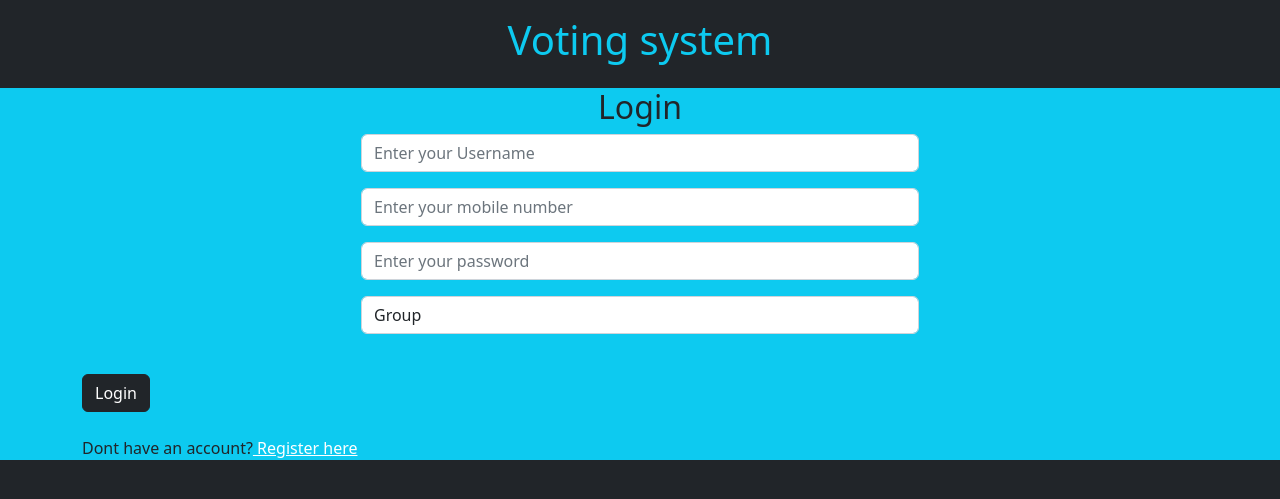
Repository: AvinashLikesToLearnNewStuff/VotingSite
Page: http://localhost/
These files come from the project's save history. The page is drawn as it stood at one moment and after the next save; the edit follows.
The browser window is 1280 px wide. The pictures show the whole page.
The page is run by PHP 8.4 with error messages shown; the project is at /var/www/html/.

Above is the page before, as saved 2023-03-09 10:09:00.

### index.php
<!DOCTYPE html>
<html lang="en">
<head>
    <meta charset="UTF-8">
    <meta http-equiv="X-UA-Compatible" content="IE=edge">
    <meta name="viewport" content="width=device-width, initial-scale=1.0">
    <title>PHP voting system</title>
    <!-- bootstrap css link -->
     <link href="https://cdn.jsdelivr.net/npm/bootstrap@5.2.3/dist/css/bootstrap.min.css" rel="stylesheet" integrity="sha384-rbsA2VBKQhggwzxH7pPCaAqO46MgnOM80zW1RWuH61DGLwZJEdK2Kadq2F9CUG65" crossorigin="anonymous">
</head>
<body class="bg-dark">
    <h1 class=  "text-info text-center p-3">Voting system</h1>
    <div class="bg-info">
        <h2 class="text-center">Login</h2>
        <div class="container">
            <form action="">
                <div class="mb-3">
                    <input type="text" name="username" class="form-control w-50 m-auto" placeholder="Enter your Username" required= "required">
                </div>

                <div class="mb-3">
                    <input type="text" name="mobile" class="form-control w-50 m-auto" placeholder="Enter your mobile number" required= "required" maxLength="10" minLength="10">
                </div>

                <div class="mb-3">
                    <input type="password" name="password" class="form-control w-50 m-auto" placeholder="Enter your password" required= "required">
                </div>
                <div class="mb-3">
                    <select name="std" class="form-control w-50 m-auto" >
                        <option value="group">Group</option>
                        <option value="voter">Voter</option>
                    </select>
                </div>
            <button type="submit" class="btn btn-dark my-4">Login</button>
            <p>Dont have an account?<a href="#" class="text-white">   Register here</a></p>
            </form>
        </div>
    </div>

</body>
</html>

After the next save:
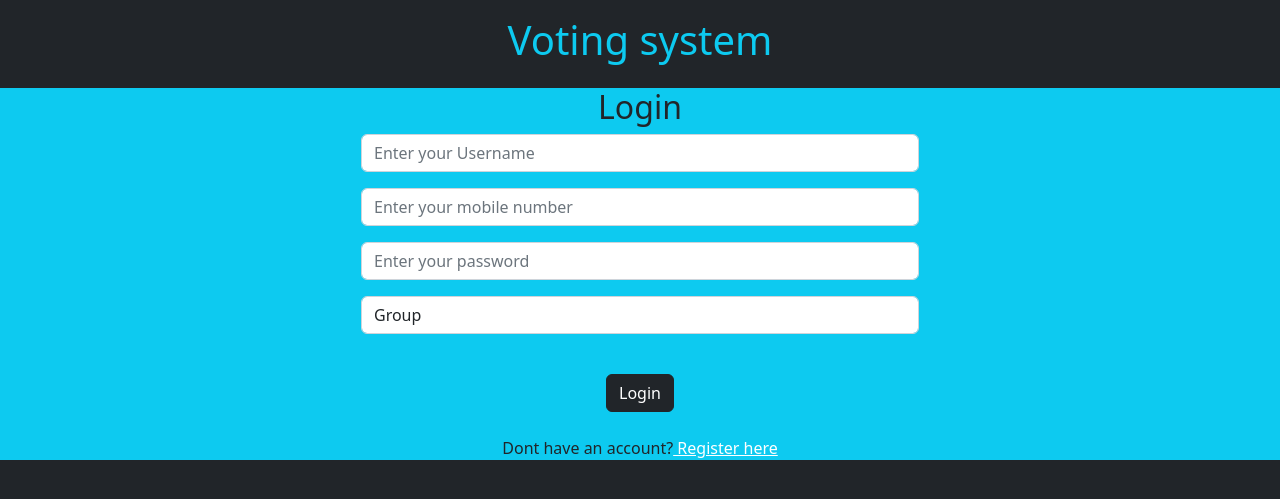
Saved 39 s later.
--- a/index.php
+++ b/index.php
@@ -12,7 +12,7 @@
     <h1 class=  "text-info text-center p-3">Voting system</h1>
     <div class="bg-info">
         <h2 class="text-center">Login</h2>
-        <div class="container">
+        <div class="container text-center" >
             <form action="">
                 <div class="mb-3">
                     <input type="text" name="username" class="form-control w-50 m-auto" placeholder="Enter your Username" required= "required">
